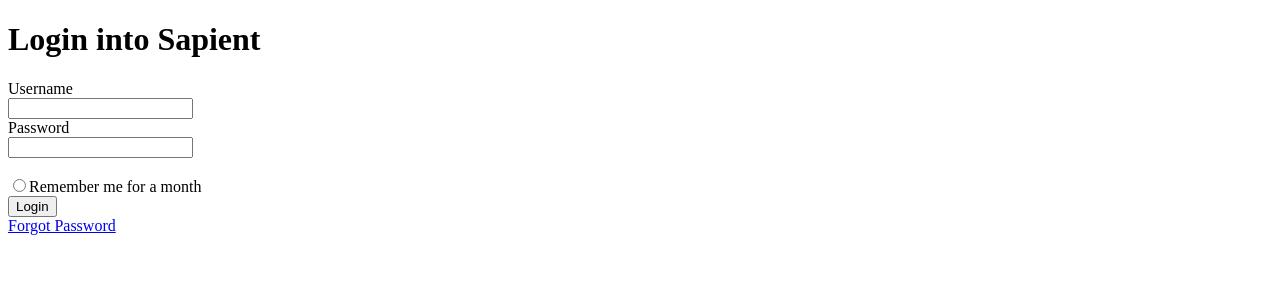
Repository: sauran/SapientTraining
Page: DemoProject/WebContent/Login.html
The author's editor kept a copy of each file at every save. The page is drawn from the files as they stood at one save, then again after the next save.
The browser window is 1280 px wide. The pictures show the whole page.

Above is the page before, as saved 2015-09-16 05:57:38.

After the next save:
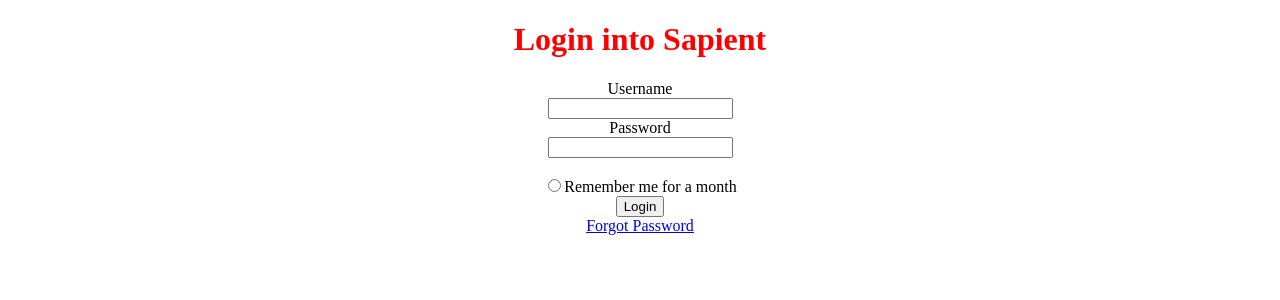
Saved 3 min 10 s later.
--- a/DemoProject/WebContent/Login.html
+++ b/DemoProject/WebContent/Login.html
@@ -6,9 +6,17 @@
 <title>Login</title>
 </head>
 <body>
+<style>
 
-<div>
-<h1 >Login into Sapient</h1>
+div{
+text-align: center;
+azimuth: center;
+
+}
+</style>
+
+<div   >
+<h1 style="color: red" "text-align="right">Login into Sapient</h1>
 	<form action="" method="get" id="Loginform">
 		Username <br> <input type="text" name="username"><br>
 		Password<br> <input type="password" name="password"><br>
